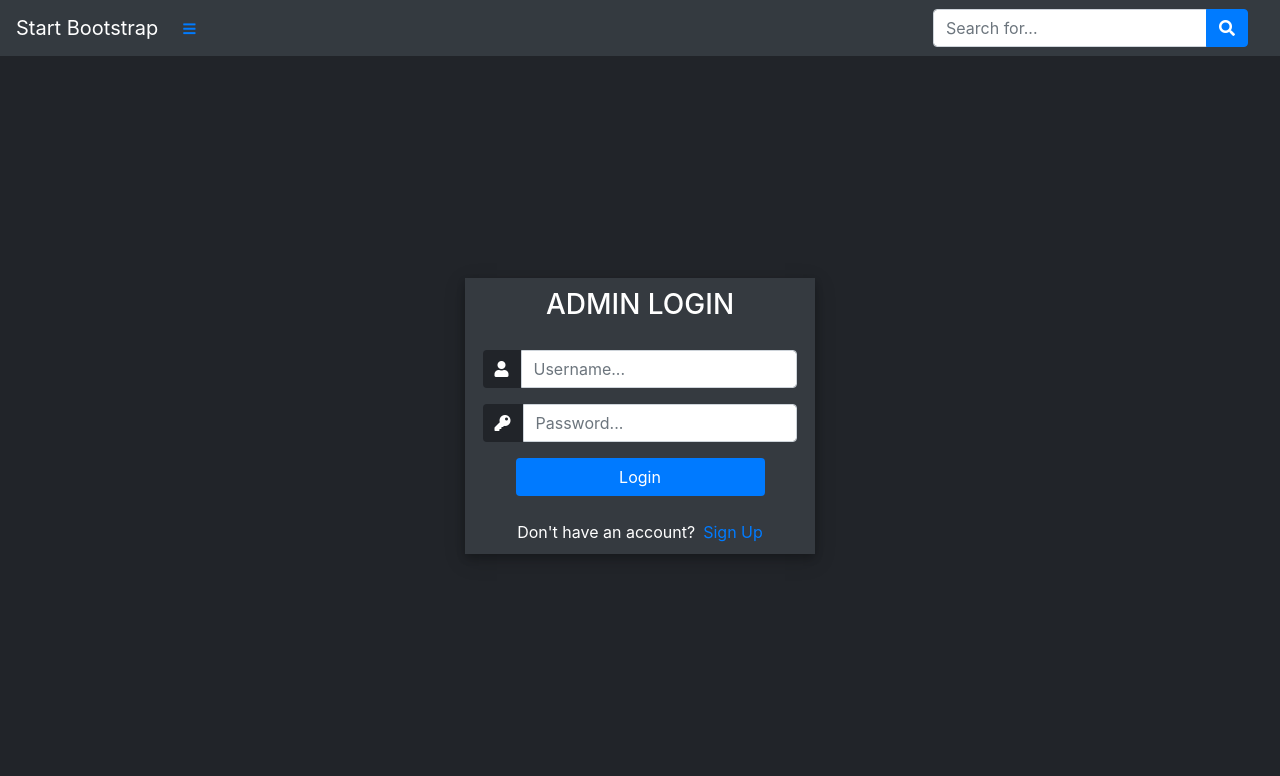
Repository: Abdaljawad-Aya/login-register-auth-validation-Django
Page: http://localhost/login/
These files come from the project's save history. The page is drawn as it stood at one moment and after the next save; the edit follows.
The browser window is 1280 px wide. The pictures show the whole page.
Some web libraries are served in a nearby version. The page is served by the project's application, run on Django 3.2 (project8/manage.py).

Above is the page before, as saved 2021-03-12 08:08:28.

After the next save:
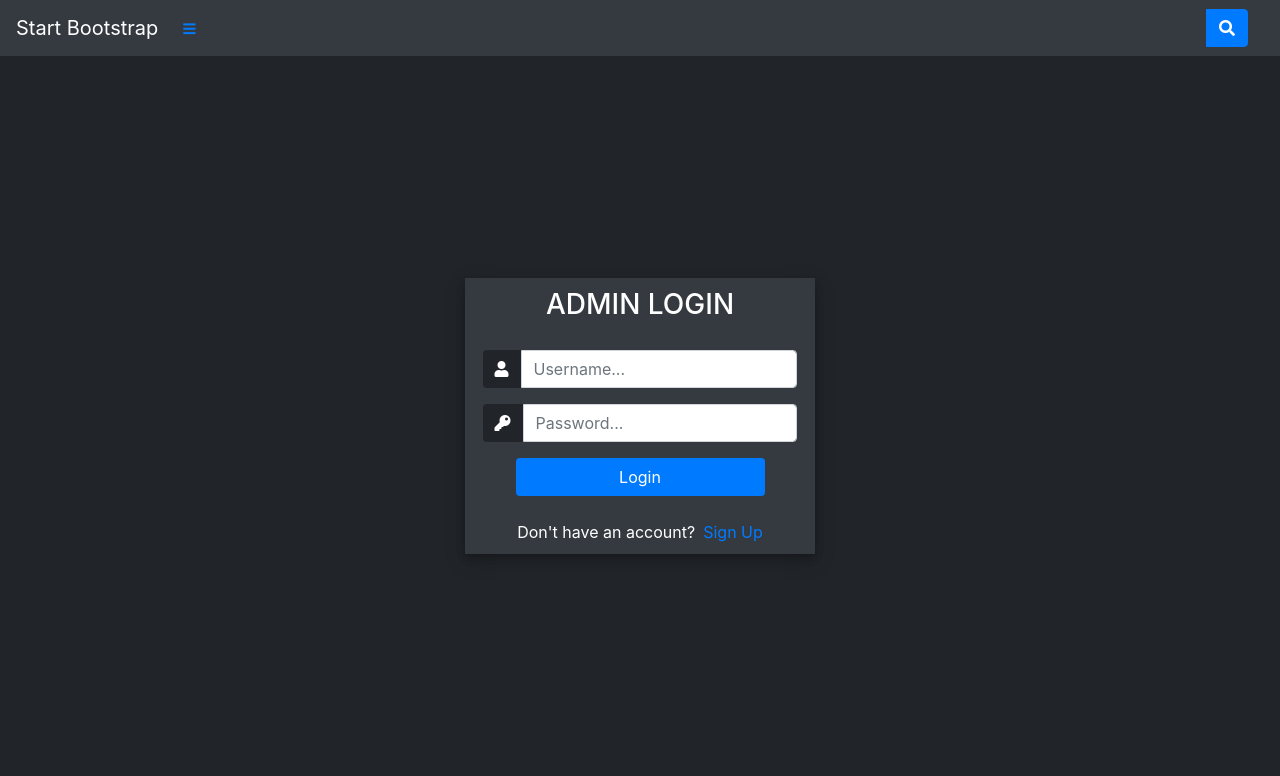
Saved 37 s later.
--- a/project8/project8/templates/login.html
+++ b/project8/project8/templates/login.html
@@ -85,7 +85,7 @@
             <!-- Navbar Search-->
             <form class="d-none d-md-inline-block form-inline ml-auto mr-0 mr-md-3 my-2 my-md-0">
                 <div class="input-group">
-                    <input class="form-control" type="text" placeholder="Search for..." aria-label="Search" aria-describedby="basic-addon2" />
+                    {% comment %} <input class="form-control" type="text" placeholder="Search for..." aria-label="Search" aria-describedby="basic-addon2" /> {% endcomment %}
                     <div class="input-group-append">
                         <button class="btn btn-primary" type="button"><i class="fas fa-search"></i></button>
                     </div>
